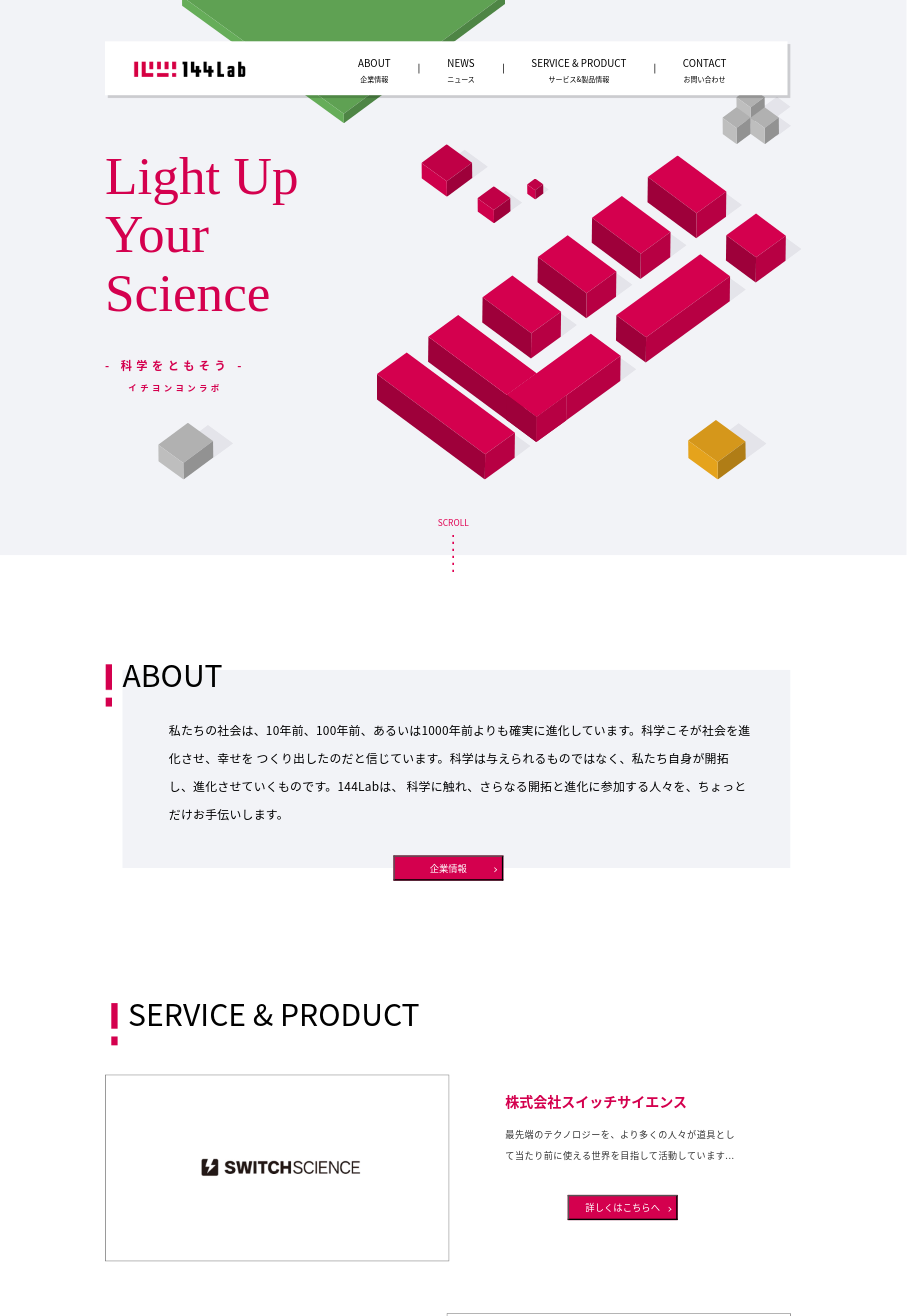
Repository: ppmp556/light-up
Page: index.html
The author's editor kept a copy of each file at every save. The page is drawn from the files as they stood at one save, then again after the next save.
The browser window is 1280 px wide. The page is 1295 px wide, then 1300 px, so the pictures cover 1300 px, including what lies to the right of the window. The pictures show the part of the page from y = 0 to 1880 px (the page is 3837 px tall), at 70% of full size.
Some web libraries are served in a nearby version.

Above is the page before, as saved 2020-04-06 22:39:48.

After the next save:
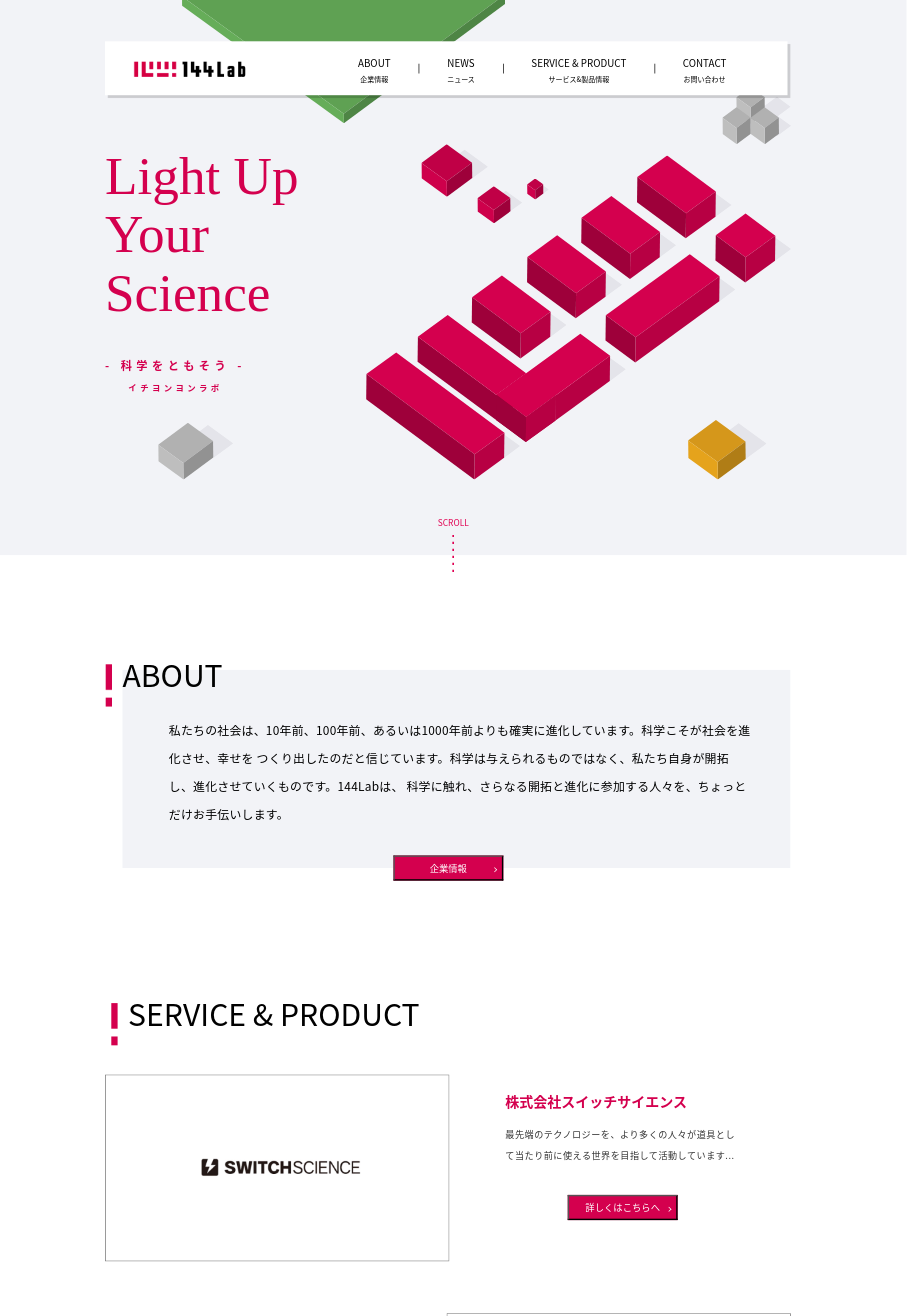
Saved 17 min 49 s later.
--- a/main.css/main.css
+++ b/main.css/main.css
@@ -43,7 +43,7 @@
     color: #000000;
     background-color: #ffffff;
     font-family: "Noto Sans CJK JP";
-    width: 1295px;
+    /* width: 1295px; */
 
     /* 全体を中央寄せ */
     margin: 0 auto;
@@ -76,7 +76,6 @@
 
 
 
-
 /*オブジェクト*/
 
 #greenbox {
@@ -94,7 +93,7 @@
 #redboxs {
    position: absolute;
    top: 222.31px;
-   right: 150.3px;
+   left: 523px;
 
 }
 
@@ -133,13 +132,14 @@
 /*header*/
 .header {
     position: relative;
-    max-width: 1295px;
+    /* max-width: 1295px; */
+    width: 1295px;
     height: 793px;
     background-color: #f2f3f7;
     text-align: center;
-     margin: 0 auto;
+    margin: 0 auto;
     padding: 1px;/*ヘッダー上部の隙間を消すため*/
-
+    /* left: 150px; */
 
 
 }
@@ -670,28 +670,39 @@
 
 
 /*footerここから*/
+.footer-wrapper {
+    width: 100%;
+    min-width: 1300px;
+    background-color: #333333;
+}
+
 
 
 .footer {
     position: relative;
     margin: 0 auto;
     width: 100%;
+    /* min-width: 1280px; */
     height: 261px;
     background-color: #333333;
     bottom: 0px;
 }
 
-
-
-.footer-itembox { /*フッターナビメニュー*/
+.item-wrapper{
+    width: 437px;
+}
+
+.footer-itembox{ /*フッターナビメニュー*/
     position: relative;
     display: flex;
-    left:0px;
+    /* justify-content: center;
+    text-align: center;
+    align-items: center; */
     top: 32.9px;
     color: #ffffff;
     box-sizing: border-box;
     width: 435px;
-    left: 417px;
+    left: 426px;
 }
 
 .footer-itembox li { /*フッターナビテキスト*/
